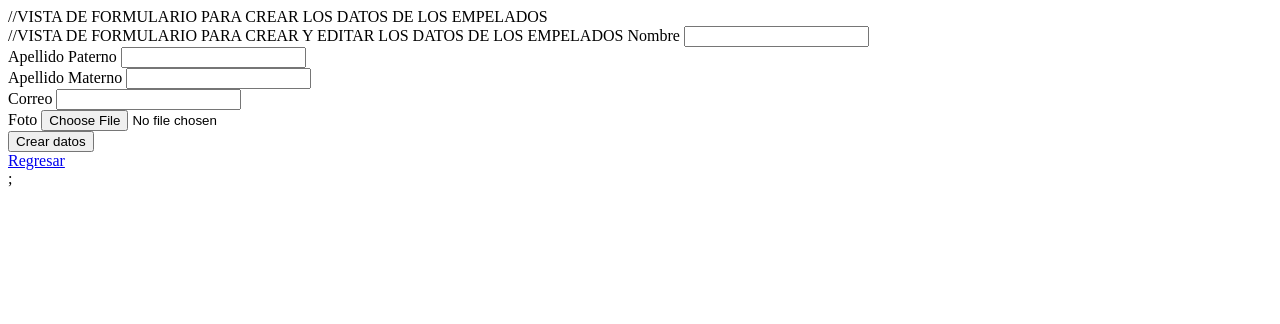
Repository: LionardoGomiz/CRUD-LARAVEL
Page: http://localhost/empleado/create
The author's editor kept a copy of each file at every save. The page is drawn from the files as they stood at one save, then again after the next save.
The browser window is 1280 px wide. The pictures show the whole page.
The page is served by the project's Laravel application, run on PHP 8.4 with Laravel 8. Other server files are loaded and not shown.

Above is the page before, as saved 2021-08-03 12:08:02.

### CRUD-Laravel/routes/web.php
<?php

use Illuminate\Support\Facades\Route;
use App\Http\Controllers\EmpleadoController; //IMPORTAR EL CONTROLADOR A USAR
/*
|--------------------------------------------------------------------------
| Web Routes
|--------------------------------------------------------------------------
|
| Here is where you can register web routes for your application. These
| routes are loaded by the RouteServiceProvider within a group which
| contains the "web" middleware group. Now create something great!
|
*/

Route::get('/', function () {
    return view('welcome');
});

//RUTA PARA ACCEDER A MIS VISTAS
/*Route::get('/empleado', function () {
    return view('empleado.index');
});*/

//RUTA PARA ACCEDER A LOS METODOS DE MI CONTROLADOR DE FORMA INDIVIDUAL
Route::get('/empleado/create', [EmpleadoController::class,'create']);

//RUTA PARA ACCEDER A TODOS LOS METODOS DE MI CONTROLADOR
Route::resource('empleado',EmpleadoController::class);
return view('empleado.index');

### CRUD-Laravel/app/Http/Controllers/EmpleadoController.php
<?php

namespace App\Http\Controllers;

use App\Models\Empleado;
use Illuminate\Http\Request;
use Illuminate\Support\Facades\Storage;
use PhpParser\Node\Stmt\Return_;

class EmpleadoController extends Controller
{
    /**
     * Display a listing of the resource.
     *
     * @return \Illuminate\Http\Response
     */
    public function index()
    {
        //FUNCION ACCEDER A VISTA
        $datos['empleados']=Empleado::paginate(6);
        return view('empleado.index',$datos);
    }

    /**
     * Show the form for creating a new resource.
     *
     * @return \Illuminate\Http\Response
     */
    public function create()
    {
        //FUNCION INSERTAR DATOS
        return view('empleado.create');
    }

    /**
     * Store a newly created resource in storage.
     *
     * @param  \Illuminate\Http\Request  $request
     * @return \Illuminate\Http\Response
     */
    public function store(Request $request)
    {
        //FUNCION OBTENER DATOS
        //$datosEmpleado = request()->all();
        $datosEmpleado = request()->except('_token'); //QUITAR TOKEN
        //PREGUNTAMOS QUE HACE CUANDO EL INNPUT FILE DETECTA AL ARCHIVO Y ELEGIMOS SU UBNICACION
        if($request->hasFile('Foto')){
            $datosEmpleado['Foto']=$request->file('Foto')->store('uploads','public');
        }
        Empleado::insert($datosEmpleado);
        //return response()->json($datosEmpleado); //MODO DE PRUEBA
        return redirect('empleado')->with('mensaje','Emplado agregado con exito');
    }

    /**
     * Display the specified resource.
     *
     * @param  \App\Models\Empleado  $empleado
     * @return \Illuminate\Http\Response
     */
    public function show(Empleado $empleado)
    {
        //
    }

    /**
     * Show the form for editing the specified resource.
     *
     * @param  \App\Models\Empleado  $empleado
     * @return \Illuminate\Http\Response
     */
    public function edit($id)
    {
        //VISTA PARA EDITAR
        $empleado=Empleado::findOrFail($id);
        return view('empleado.edit', compact('empleado'));
    }

    /**
     * Update the specified resource in storage.
     *
     * @param  \Illuminate\Http\Request  $request
     * @param  \App\Models\Empleado  $empleado
     * @return \Illuminate\Http\Response
     */
    public function update(Request $request, $id)
    {
        //ACTUALIZAR DATOS
        $datosEmpleado = request()->except(['_token','_method']);

        if($request->hasFile('Foto')){
            $empleado=Empleado::findOrFail($id);
            Storage::delete('public/'.$empleado->Foto);
            $datosEmpleado['Foto']=$request->file('Foto')->store('uploads','public');
        }

        Empleado::where('id','=',$id)->update($datosEmpleado);
        $empleado=Empleado::findOrFail($id);
        return view('empleado.edit',compact('empleado'));
    }

    /**
     * Remove the specified resource from storage.
     *
     * @param  \App\Models\Empleado  $empleado
     * @return \Illuminate\Http\Response
     */
    public function destroy($id)
    {
        //ELIMINAR DATOS
        $empleado=Empleado::findOrFail($id);
        if(Storage::delete('public/'.$empleado->Foto)){

        Empleado::destroy($id);
        }
        //return redirect('empleado');//MODO DE PRUEBA
        return redirect('empleado')->with('mensaje','EMPLEADO BORRADO');

    }
}

### CRUD-Laravel/resources/views/empleado/create.blade.php
//VISTA DE FORMULARIO PARA CREAR LOS DATOS DE LOS EMPELADOS
<form action="{{ URL('/empleado')}}" method="POST" enctype="multipart/form-data">
    @csrf
    @include('empleado.form',['modo'=>'Crear']);
</form>

### CRUD-Laravel/resources/views/empleado/form.blade.php
//VISTA DE FORMULARIO PARA CREAR Y EDITAR LOS DATOS DE LOS EMPELADOS
<label for="Nombre">Nombre</label>
<input type="text" name="Nombre" value="{{isset($empleado->Nombre)?$empleado->Nombre:''}}" id="Nombre">
<br>
    <label for="ApellidoPaterno">Apellido Paterno</label>
<input type="text" name="ApellidoPaterno" value="{{ isset($empleado->ApellidoPaterno)?$empleado->ApellidoPaterno:''}}" id="ApellidoPaterno">
<br>
    <label for="ApellidoMaterno">Apellido Materno</label>
<input type="text" name="ApellidoMaterno" value="{{isset($empleado->ApellidoMaterno)?$empleado->ApellidoMaterno:''}}" id="ApellidoMaterno">
<br>
    <label for="Correo">Correo</label>
<input type="text" name="Correo" value="{{isset($empleado->Correo)?$empleado->Correo:''}}"  id="Correo">
<br>
    <label for="Foto">Foto</label>
    @if (isset($empleado->Foto))
    <td><img src="{{asset('storage').'/'.$empleado->Foto}}" width="100" alt=""></td>
    @endif
<input type="file" name="Foto" value=""  id="Foto">
<br>
    <label for=""></label>
<input type="submit"  value="{{$modo}} datos">
<br>
<a href="{{url('empleado/')}}">Regresar</a>
<br>

### CRUD-Laravel/resources/views/empleado/index.blade.php
//VISTA PARA MOSTRAR DATOS DE EMPELADOS
@if (Session::has('mensaje'))
{{Session::get('mensaje')}}
@endif
<a href="{{url('empleado/create')}}">Registar nuevo usuario</a>
<table class="table table-light">
    <thead class="thead-light">
        <tr>
            <th>#</th>
            <th>Foto</th>
            <th>Nombre</th>
            <th>Apellido Paterno</th>
            <th>Apellido Materno</th>
            <th>Correo</th>
            <th>Acciones</th>
        </tr>
    </thead>
    <tbody>
        @foreach ($empleados as $empleado)


        <tr>
            <tr>
            <td>{{$empleado->id}}</td>
            <td><img src="{{asset('storage').'/'.$empleado->Foto}}" width="100" alt=""></td>
            <td>{{$empleado->Nombre}}</td>
            <td>{{$empleado->ApellidoPaterno}}</td>
            <td>{{$empleado->ApellidoMaterno}}</td>
            <td>{{$empleado->Correo}}</td>
            <td><a href="{{url('/empleado/'.$empleado->id.'/edit')}}">Editar</a>
            <form action="{{ url('/empleado/'.$empleado->id) }}" method="POST">
                @csrf
                {{ method_field('DELETE') }}
                <input type="submit" onclick="return confirm('Desea borrar el dato?')"
                value="Borrar">
            </form>
        </td>
        @endforeach
        </tr>
    </tbody>
</table>

Loaded but not shown: CRUD-Laravel/app/Http/Controllers/Controller.php (common file)

After the next save:
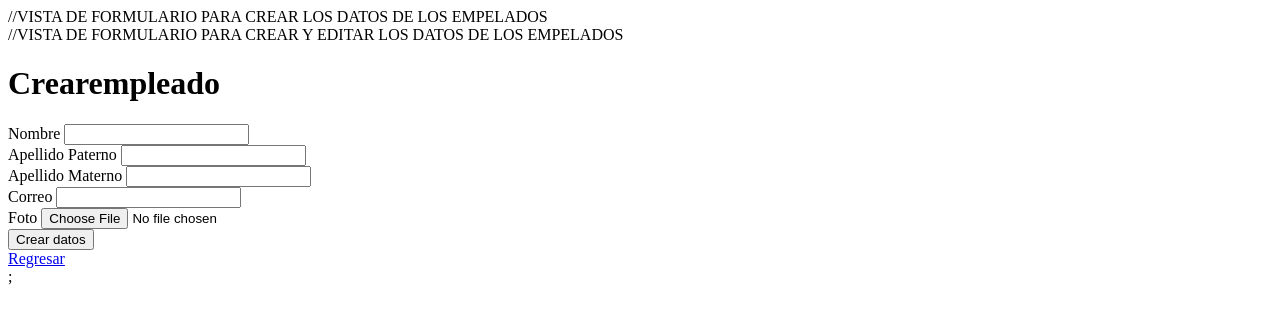
Saved 11 min 23 s later.
--- a/CRUD-Laravel/resources/views/empleado/form.blade.php
+++ b/CRUD-Laravel/resources/views/empleado/form.blade.php
@@ -1,4 +1,5 @@
 //VISTA DE FORMULARIO PARA CREAR Y EDITAR LOS DATOS DE LOS EMPELADOS
+<h1>{{$modo}}empleado</h1>
 <label for="Nombre">Nombre</label>
 <input type="text" name="Nombre" value="{{isset($empleado->Nombre)?$empleado->Nombre:''}}" id="Nombre">
 <br>
